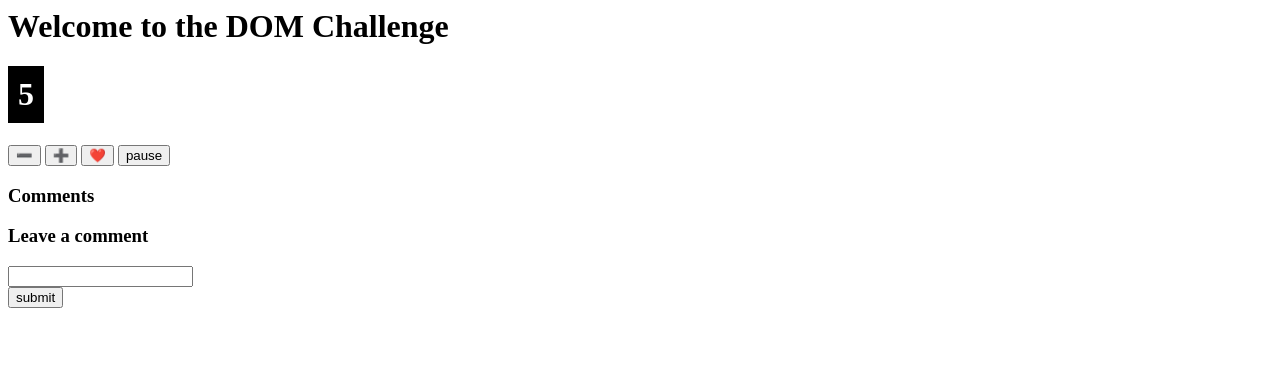
Repository: learn-co-students/jsdom-dom-challenge-austin-web-030920
Page: index.html
These files come from the project's save history. The page is drawn as it stood at one moment and after the next save; the edit follows.
The browser window is 1280 px wide. The pictures show the whole page.

Above is the page before, as saved 2020-04-22 14:24:13.

### index.html
<html>
<head>
  <meta charset="UTF-8">
  <title>Dom Challenge</title>
  <style>
    #counter {
      background-color: black;
      color: white;
      display: table;
      padding: 10px;
    }
  </style>
</head>
<body>
  <h1>
    Welcome to the DOM Challenge
  </h1>
  <h1 id='counter'>
    0
  </h1>
  <div id='buttons'>
  <button id='minus' > ➖ </button>
  <button id='plus' > ➕ </button>
  <button id='heart' > ❤️ </button>
  <button id='timerButton' > pause </button>
  </div>
  <ul class='likes'></ul>

  <div>
    <h3>Comments</h3>
    <div id='list' class='comments'></div>

    <h3>Leave a comment</h3>

    <form id="comment-form" action="">
      <input type='text' name="comment" id="comment-input" cols="30" rows="10">
      </br>
      <button id='submit'>submit</button>
    </form>

  </div>

  <!-- <script src="js/index.min.js"></script> -->
  <script src="js/challenge.js"></script>
</body>
</html>

### js/challenge.js
let timer;
document.addEventListener("DOMContentLoaded", () => {
    // your code here
    timer = setInterval(incrementCounter, 1000);
});

function incrementCounter() {
    let counter = document.getElementById('counter');
    counter.innerText++;

    // console.log(counter.innerText)
    timerButton = document.getElementById('timerButton');
    timerButton.addEventListener('click', toggleTimer);
}

function toggleTimer(event) {
    // console.log(event.target);

    if (event.target.innerText === 'pause') {
        clearInterval(timer);
        event.target.innerText = 'resume';
    } else if (event.target.innerText === 'resume') {
        timer = setInterval(incrementCounter, 1000);
        event.target.innerText = 'pause';
    }
}

After the next save:
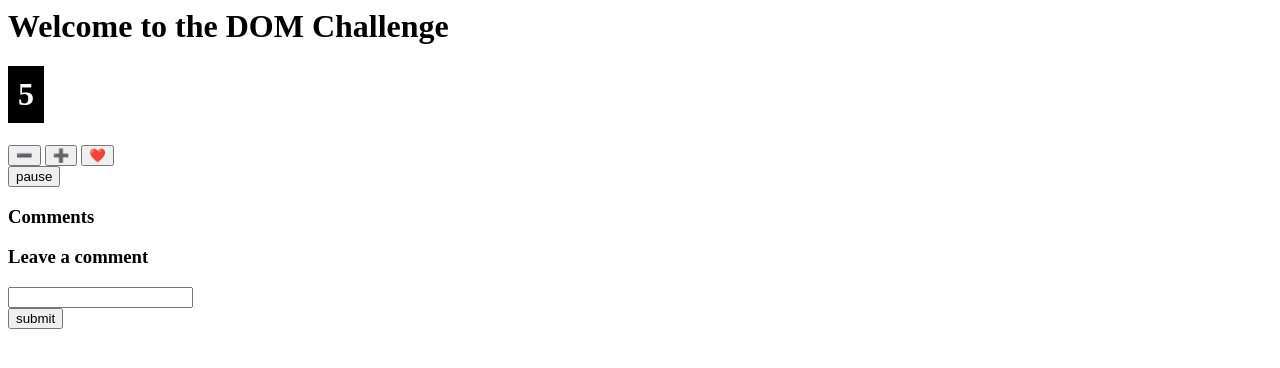
Saved 5 min 4 s later.
--- a/index.html
+++ b/index.html
@@ -1,4 +1,5 @@
 <html>
+
 <head>
   <meta charset="UTF-8">
   <title>Dom Challenge</title>
@@ -11,6 +12,7 @@
     }
   </style>
 </head>
+
 <body>
   <h1>
     Welcome to the DOM Challenge
@@ -19,11 +21,11 @@
     0
   </h1>
   <div id='buttons'>
-  <button id='minus' > ➖ </button>
-  <button id='plus' > ➕ </button>
-  <button id='heart' > ❤️ </button>
-  <button id='timerButton' > pause </button>
+    <button id='minus'> ➖ </button>
+    <button id='plus'> ➕ </button>
+    <button id='heart'> ❤️ </button>
   </div>
+  <button id='timerButton'> pause </button>
   <ul class='likes'></ul>
 
   <div>
@@ -43,4 +45,5 @@
   <!-- <script src="js/index.min.js"></script> -->
   <script src="js/challenge.js"></script>
 </body>
+
 </html>

After the save that followed:
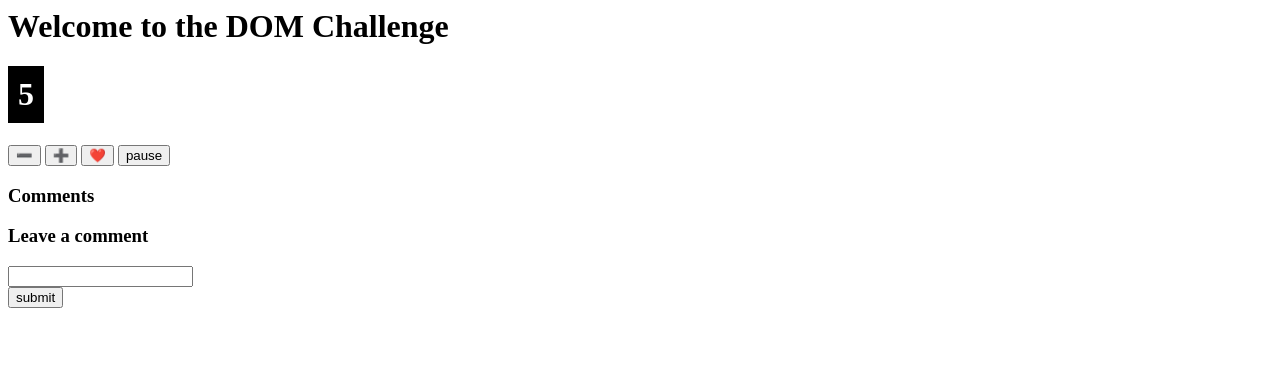
Saved 28 s later.
--- a/index.html
+++ b/index.html
@@ -20,11 +20,11 @@
   <h1 id='counter'>
     0
   </h1>
-  <div id='buttons'>
+  <span id='buttons'>
     <button id='minus'> ➖ </button>
     <button id='plus'> ➕ </button>
     <button id='heart'> ❤️ </button>
-  </div>
+  </span>
   <button id='timerButton'> pause </button>
   <ul class='likes'></ul>
 
